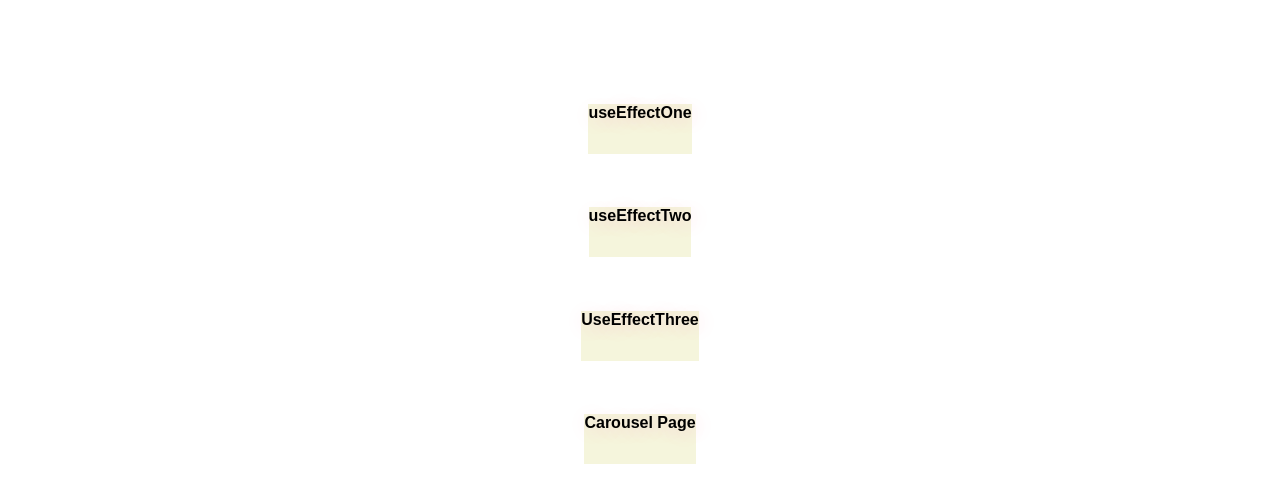
Repository: jjennbui/class8
Page: /
An editor plug-in stored every save of this project. The page is shown before and after the next save, followed by the edit.
The browser window is 1280 px wide. The pictures show the whole page.
The project was rebuilt for these pictures with package versions that can differ from the ones it lists, and the page was loaded fresh each time. The framework's server and built-in components were replaced by stand-ins that run in the browser. Also part of the build but not shown: next.config.js.

Above is the page before, as saved 2023-02-20 17:37:45.

### pages/index.js
import Head from 'next/head'
import styles from '@/styles/Home.module.css'
import Link from 'next/link'


export default function Home() {
  return (
    <>
      <Head>
        <title>Create Next App</title>
        <meta name="description" content="Generated by create next app" />
        <meta name="viewport" content="width=device-width, initial-scale=1" />
        <link rel="icon" href="/favicon.ico" />
      </Head>

      <main className={styles.main}>
        <Link href="/useEffectOne" className={styles.text}>useEffectOne</Link>
        <Link href="/useEffectTwo" className={styles.text}>useEffectTwo</Link>
        <Link href="/useEffectThree" className={styles.text}>UseEffectThree</Link>
        <Link href="/carouselPage" className={styles.text}>Carousel Page</Link>
      </main>
    </>
  )
}

### styles/globals.css
:root {

}

### styles/Home.module.css
.main {

  display: flex;
  flex-direction: column;
  justify-content: space-between;
  align-items: center;
  padding: 6rem;
  min-height: 50vh;

}

.text{
  color: black;
  text-decoration: none;
  font-family: Arial, Helvetica, sans-serif;
  font-weight: bold;
  text-shadow: 2px 2px 20px pink;
  background-color: beige;
  height: 50px;

}

Loaded but not shown: pages/_app.js (common file); pages/_document.js (common file)

After the next save:
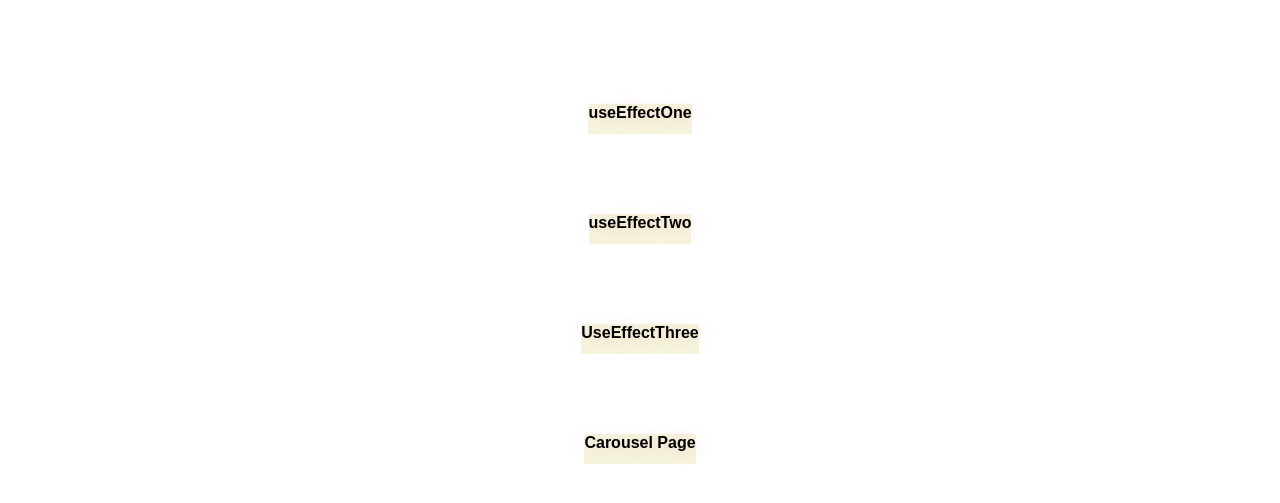
Saved 4 s later.
--- a/styles/Home.module.css
+++ b/styles/Home.module.css
@@ -16,6 +16,6 @@
   font-weight: bold;
   text-shadow: 2px 2px 20px pink;
   background-color: beige;
-  height: 50px;
+  height: 30px;
 
 }
